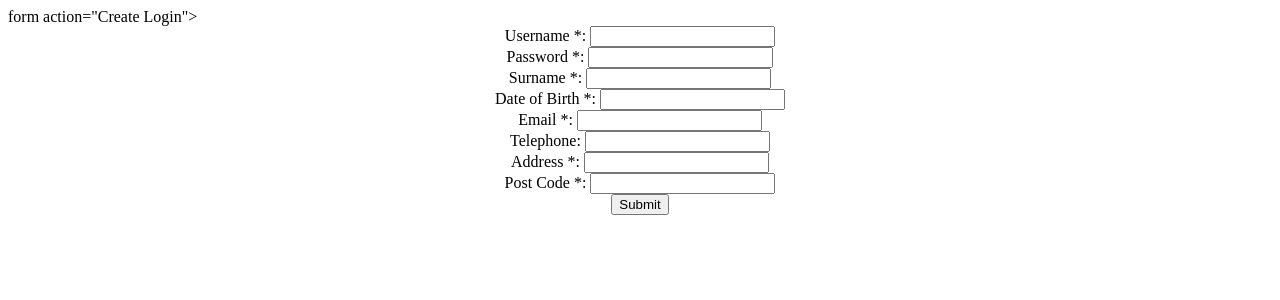
Repository: Ashwini-Tikotekar/servlets
Page: LoginRegistrationApp/WebContent/registration.html
These files come from the project's save history. The page is drawn as it stood at one moment and after the next save; the edit follows.
The browser window is 1280 px wide. The pictures show the whole page.

Above is the page before, as saved 2019-01-22 06:21:40.

After the next save:
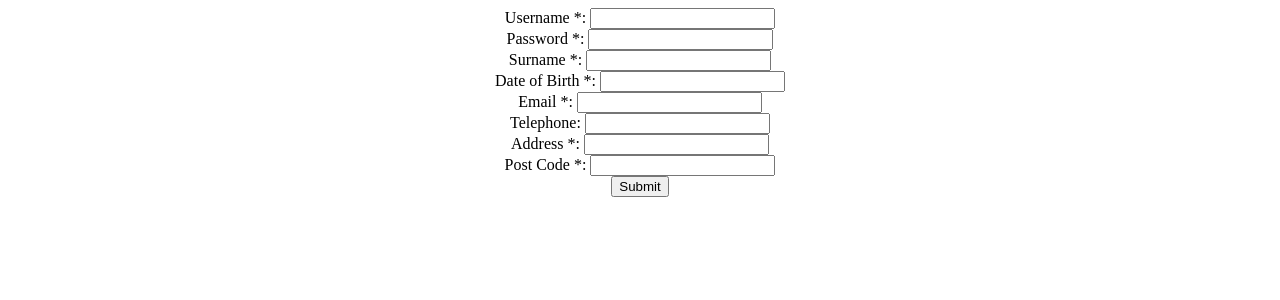
Saved 41 s later.
--- a/LoginRegistrationApp/WebContent/registration.html
+++ b/LoginRegistrationApp/WebContent/registration.html
@@ -5,7 +5,7 @@
 <title>Insert title here</title>
 </head>
 <body>
-form action="Create Login">
+<form action="Create Login">
 		<div align="center">
 			Username *: <input type="username" name="username" /><br />
 			Password *: <input type="password" name="pwd" /><br />
